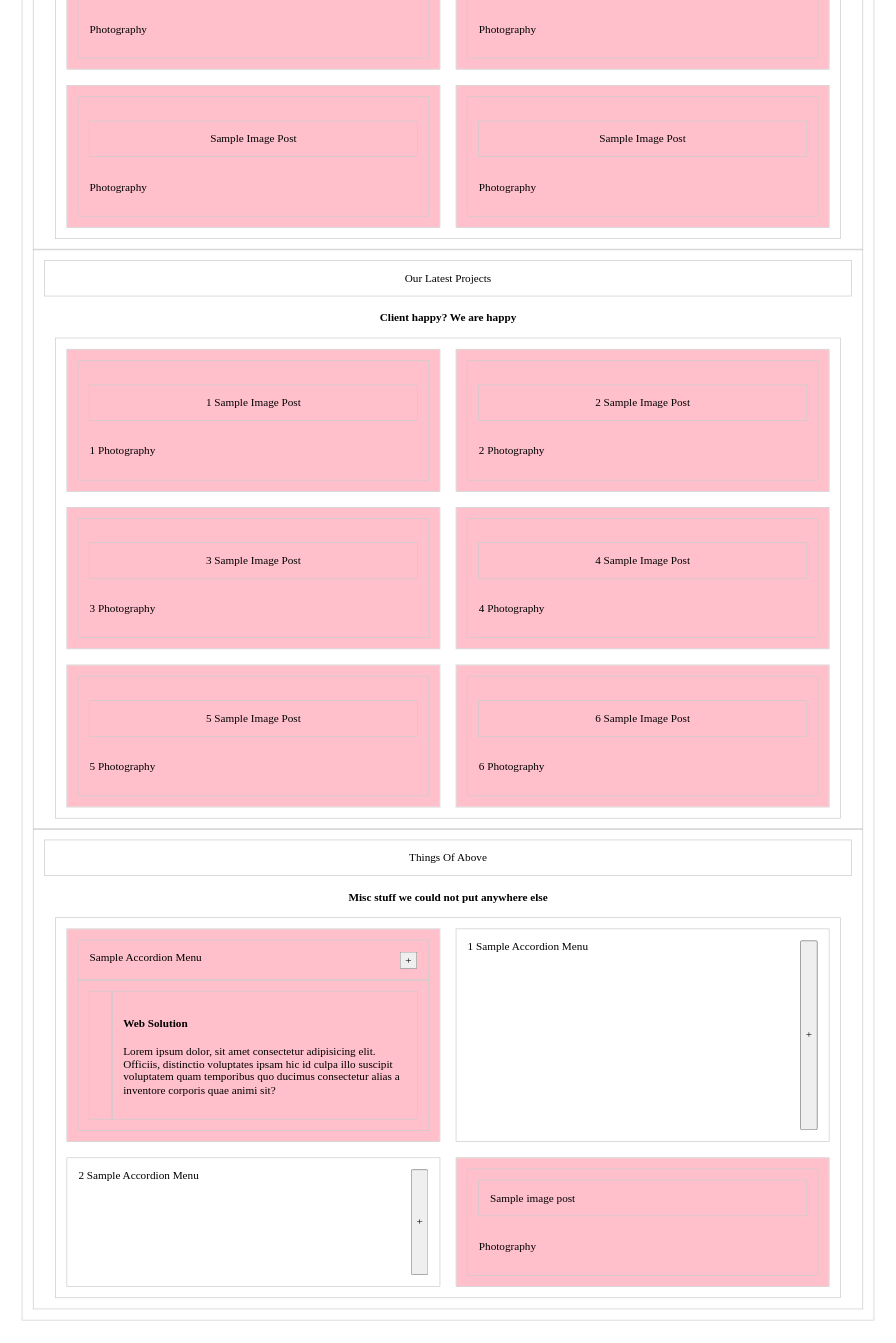
Repository: kionale/Project1_Lab3_ResponsiveLayout
Page: index.html
An editor plug-in stored every save of this project. The page is shown before and after the next save, followed by the edit.
The browser window is 1280 px wide. The pictures show the part of the page from y = 1298 to 3218 px (the page is 3216 px tall before and 3218 px after), at 70% of full size.

Above is the page before, as saved 2023-01-25 23:47:23.

After the next save:
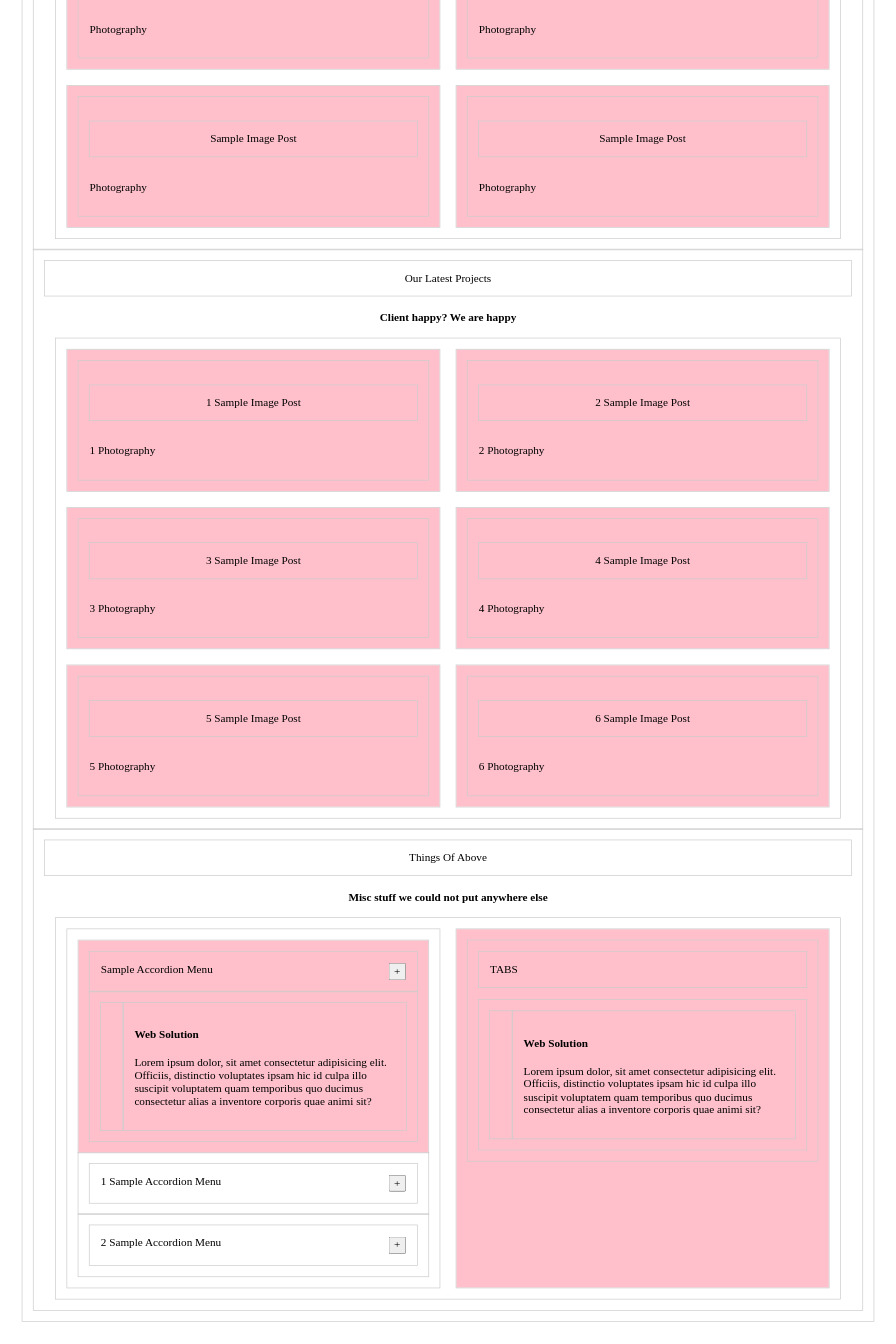
Saved 5 min 0 s later.
--- a/index.html
+++ b/index.html
@@ -199,33 +199,50 @@
       <header class="header things__header">Things of above</header>
       <h4 class="subheading">Misc stuff we could not put anywhere else</h4>
       <div class="row m-col-2 l-col-3">
-        <div class="col">
-          <div class="sample__menu things_above_image">Sample Accordion Menu
-            <button>+</button>
-          </div>
-          <div class="web__solution">
-            <div>
-              <img src="" alt="">
-            </div>
-            <div>
-              <h4>Web Solution</h4>
-              <p>Lorem ipsum dolor, sit amet consectetur adipisicing elit. Officiis, distinctio voluptates ipsam hic id
-                culpa illo suscipit voluptatem quam temporibus quo ducimus consectetur alias a inventore corporis quae
-                animi sit?</p>
-            </div>
-          </div>
-        </div>
-        <div class="col_two sample__menu things__above__image">1 Sample Accordion Menu
-          <button>+</button>
-        </div>
-        <div class="col_two sample__menu things__above__image">2 Sample Accordion Menu
-          <button>+</button>
-        </div>
-
-        <div class="col">
-          <div>
-            <header class="things__above__image">Sample image post</header><br>
-            <p>Photography</p>
+        <div>
+          <div class="col">
+            <div class="sample__menu things_above_image">Sample Accordion Menu
+              <button>+</button>
+            </div>
+            <div class="web__solution">
+              <div>
+                <img src="" alt="">
+              </div>
+              <div>
+                <h4>Web Solution</h4>
+                <p>Lorem ipsum dolor, sit amet consectetur adipisicing elit. Officiis, distinctio voluptates ipsam hic
+                  id
+                  culpa illo suscipit voluptatem quam temporibus quo ducimus consectetur alias a inventore corporis quae
+                  animi sit?</p>
+              </div>
+            </div>
+          </div>
+          <div class="menu__button">
+            <div class="col_two sample__menu things__above__image">1 Sample Accordion Menu
+              <button>+</button>
+            </div>
+          </div>
+          <div class="menu__button">
+            <div class="col_two sample__menu things__above__image">2 Sample Accordion Menu
+              <button>+</button>
+            </div>
+          </div>
+        </div>
+        <div class="col">
+          <div>
+            <header class="things__above__image">TABS</header><br>
+            <div class="web__solution">
+              <div>
+                <img src="" alt="">
+              </div>
+              <div>
+                <h4>Web Solution</h4>
+                <p>Lorem ipsum dolor, sit amet consectetur adipisicing elit. Officiis, distinctio voluptates ipsam hic
+                  id
+                  culpa illo suscipit voluptatem quam temporibus quo ducimus consectetur alias a inventore corporis quae
+                  animi sit?</p>
+              </div>
+            </div>
           </div>
         </div>
 
